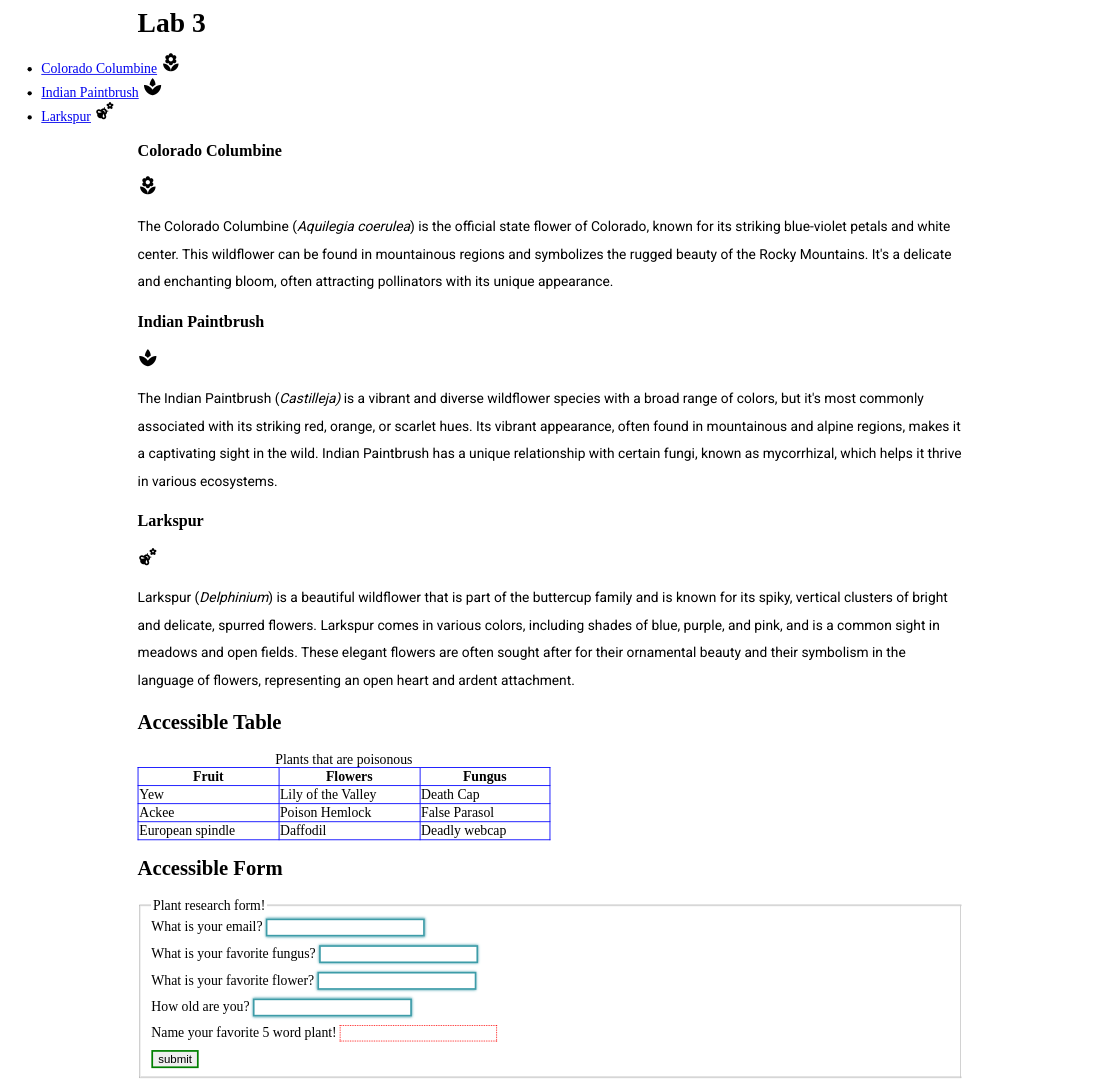
Repository: ethan-schrauf/UniversalDesignWebsite
Page: lab3.html
An editor plug-in stored every save of this project. The page is shown before and after the next save, followed by the edit.
The browser window is 1280 px wide. The pictures show the whole page, at 86% of full size.

Above is the page before, as saved 2023-10-26 12:11:43.

### lab3.html

<!DOCTYPE html>
<html lang="en">
<head>
  <meta charset="UTF-8">
  <meta name="viewport" content="width=device-width, initial-scale=1.0">
  <meta http-equiv="X-UA-Compatible" content="ie=edge">
  <title>Lab 3</title>
  <link href="lab3.css" rel="stylesheet">
</head>
<body>
  <a href="#main-content" class="skip-link">Skip Navigation</a>
  <h1>Lab 3</h1>
      <nav>
        <h2 class="sr-only">Main Navigation</h2>
          <ul>
              <li><a href="#colorado-columbine">Colorado Columbine</a> <span aria-hidden="true"
                      class="material-icons">local_florist</span></li>
              <li><a href="#indian-paintbrush">Indian Paintbrush</a> <span aria-hidden="true"
                      class="material-icons">spa</span></li>
              <li><a href="#larkspur">Larkspur</a> <span aria-hidden="true"
                      class="material-icons">emoji_nature</span></li>
            </ul>
        </nav>
        <div class = "container" >
  <main id="main-content">
  <section id="colorado-columbine">
    <h3>Colorado Columbine</h3>
    <span aria-hidden="true" class="material-icons">local_florist</span>
    <p>The Colorado Columbine (<i>Aquilegia coerulea</i>) is the official state flower of Colorado, known for its
        striking blue-violet petals and white center. This wildflower can be found in mountainous regions and
        symbolizes the rugged beauty of the Rocky Mountains. It's a delicate and enchanting bloom, often
        attracting pollinators with its unique appearance.</p>
</section>

<section id="indian-paintbrush">
  <h3>Indian Paintbrush</h3>
  <span aria-hidden="true" class="material-icons">spa</span>
  <p>The Indian Paintbrush (<i>Castilleja)</i> is a vibrant and diverse wildflower species with a broad range of
      colors, but it's most commonly associated with its striking red, orange, or scarlet hues. Its vibrant
      appearance, often found in mountainous and alpine regions, makes it a captivating sight in the wild.
      Indian Paintbrush has a unique relationship with certain fungi, known as mycorrhizal, which helps it
      thrive in various ecosystems.</p>
</section>
<section id="larkspur">
  <h3>Larkspur</h3>
  <span aria-hidden="true" class="material-icons">emoji_nature</span>
  <p>Larkspur (<i>Delphinium</i>) is a beautiful wildflower that is part of the buttercup family and is known for
      its spiky, vertical clusters of bright and delicate, spurred flowers. Larkspur comes in various
      colors, including shades of blue, purple, and pink, and is a common sight in meadows and open
      fields. These elegant flowers are often sought after for their ornamental beauty and their symbolism
      in the language of flowers, representing an open heart and ardent attachment.</p>
</section>



<!-- TABLE -->
  <!-- A sandwhich and each sandwhich needs a name -->
  <section id="table">
  <h2>Accessible Table</h2>
  <table>
      <caption>Plants that are poisonous</caption>
      <thead>
          <tr>
              <th scope="col">Fruit</th>
              <th scope="col">Flowers</th>
              <th scope="col">Fungus</th>
          </tr>
      </thead>
      <tbody>
          <tr>
              <td>Yew</td>
              <td>Lily of the Valley</td>
              <td>Death Cap</td>
          </tr>
          <tr>
              <td>Ackee</td>
              <td>Poison Hemlock</td>
              <td>False Parasol</td>
          </tr>
          <tr>
              <td>European spindle</td>
              <td>Daffodil</td>
              <td>Deadly webcap</td>
          </tr>
      </tbody>
  </table>
</section>

<!-- zif there's a section within a section use an h3  add hyphens to section ids-->
  <section id="accessible-form">
  <h2>Accessible Form</h2>
    <form id="myform" method="post">
    <fieldset>
      <legend>Plant research form!</legend>

      <label for="email">
      What is your email?
      <input type="email" id="email">
      </label>

      <label for="website">
      What is your favorite fungus?
      <input type="url" id="website">
      </label>

      <label for="phone">
      What is your favorite flower?
      <input type="tel" id="phone" minlength="7">
      </label>

      <label for="age">
      How old are you?
      <input type="number" id="age" min="0">
      </label>

      <label for="password">
      Name your favorite 5 word plant!
      <input type="text" id="password" maxlength="5" minlength="5" required>
      </label>


    <input type="submit" value="submit">
    </fieldset>
    </form>
  </section>
</main>
</div>
</body>
</html>

### lab3.css
@import url('https://fonts.googleapis.com/icon?family=Material+Icons');
@import url('https://fonts.googleapis.com/css2?family=Roboto&display=swap');


.skip-link {
  background: black;
  color: #fff;
  font-weight: 700;
  padding: 4px;
  position: absolute;
  transform: translateY(-200%);
}

.skip-link:focus {
  transform: translateY(-100%);
}

.skip-link {
  /* Same as  before */
  transition: transform 0.3s;
}

p {
    font-family: 'Roboto', sans-serif;
    line-height: 2em;
}

table {
  border: 2px solid blue;
}

table, th, td {
  border-collapse: collapse;
  border: 1px solid blue;
}
td {
  border-collapse: collapse;
  padding-right: 50px;
}


input:focus {
  background: black;
  color: white;

}
input:valid {
  border: 2px solid green;
}

input:invalid {
  border: 1px dotted red;
}

label
 {
  display: block;
  margin-bottom: 10px;
}

input:not([type="submit"]):valid {
    border-color: #3d9ca8;
    box-shadow: 0 0 3px #3d9ca8;
}

input:not([type="submit"]) + .inputRequirements {
  overflow: hidden;
  max-height: 0;
  transition: max-height 1s ease-out;
}

input:not([type="submit"]):hover + .inputRequirements,
input:not([type="submit"]):focus + .inputRequirements,
input:not([type="submit"]):active + .inputRequirements {
  max-height: 1000px;
  transition: max-height 1s ease-in;
}

.container {
  margin: 0 auto;
  max-width: 960px;
}

h1 {
  margin: 0 auto;
  max-width: 960px;
}


.skip-link {
  background: lavender;
  color: black;
  font-weight: 700;
  padding: 4px;
  position: absolute;
  transform: translate(-200%);
}

.skip-link:focus {
  transform: translate(0%);
}

.skip-link {
  transition: transform 0.5s;
}

/* Add the .sr-only class styles */
.sr-only {
  border: 0;
  clip: rect(0, 0, 0, 0);
  height: 1px;
  margin: -1px;
  overflow: hidden;
  padding: 0;
  position: absolute;
  white-space: nowrap;
  width: 1px;
}

/* highlight text */
/* detailed summary */
/* bold and italicize words you can just bold a few words */
/* footer */

After the next save:
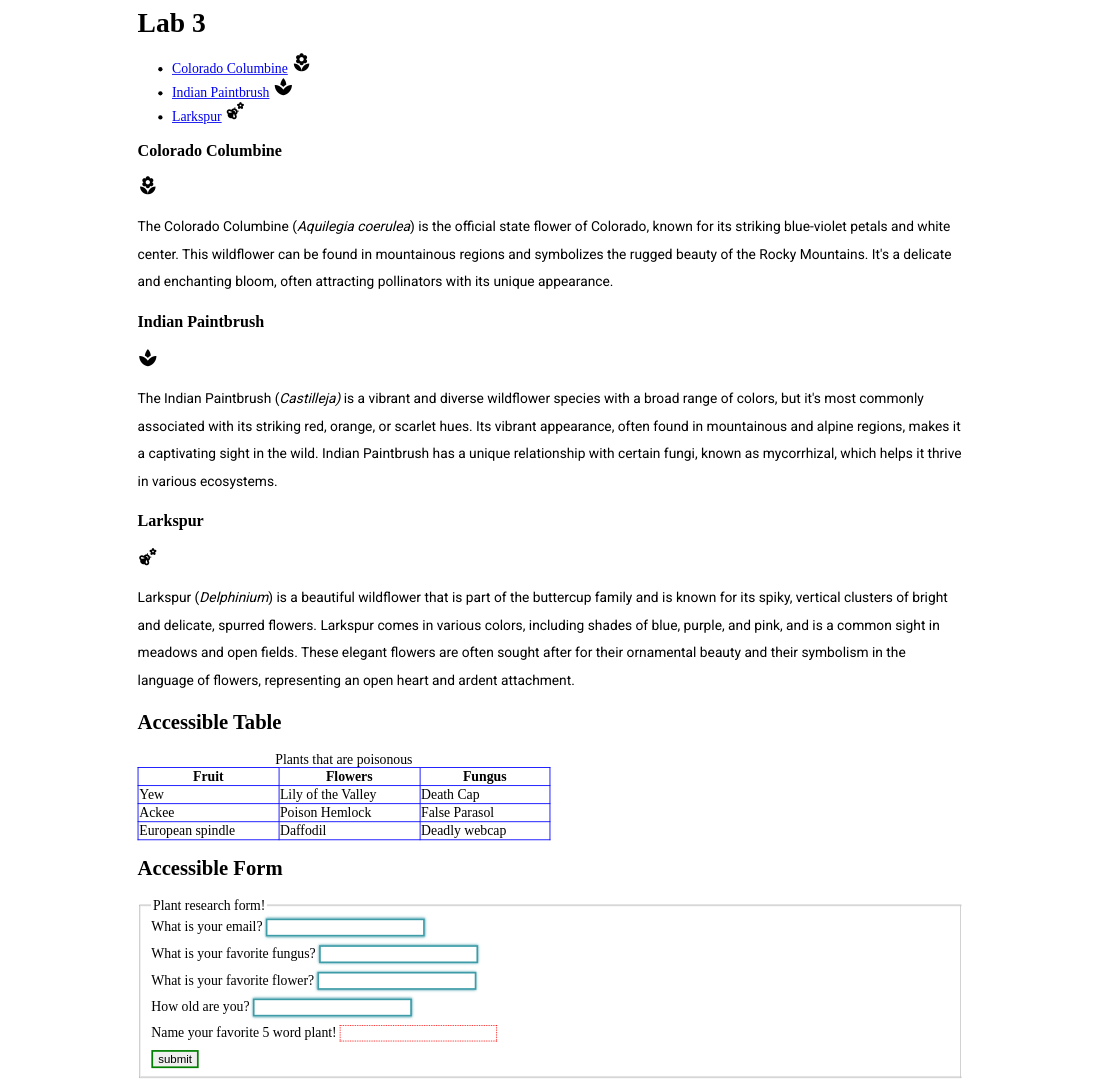
Saved 20 s later.
--- a/lab3.css
+++ b/lab3.css
@@ -76,7 +76,8 @@ input:not([type="submit"]):active + .inputRequirements {
   transition: max-height 1s ease-in;
 }
 
-.container {
+.container,
+nav {
   margin: 0 auto;
   max-width: 960px;
 }
